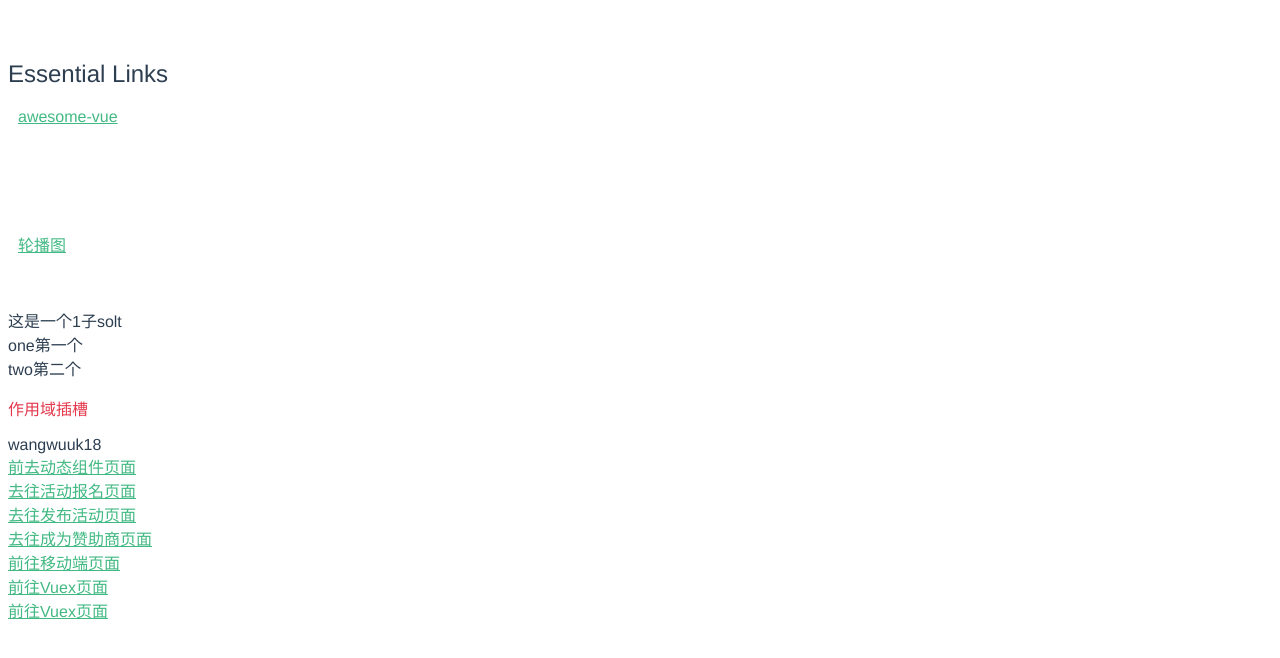
Repository: nihaohahahanihao/vueStudy
Page: /
These files come from the project's save history. The page is drawn as it stood at one moment and after the next save; the edit follows.
The browser window is 1280 px wide. The pictures show the whole page.
The page's requests for data from a server got no answer. The project was rebuilt for these pictures with package versions that can differ from the ones it lists, and the page was loaded fresh each time. No one was signed in, and anything a server would have sent is missing. Also part of the build but not shown: src/components/router1.vue, src/components/swiper.vue, src/components/activeComponents/sonOne.vue, src/components/activeComponents/sonTwo.vue, src/components/activeComponents/sonThree.vue, src/components/activeComponents/app.vue, src/components/act/yidongduan.vue, src/components/Vuex/vuex.vue and 1 more.

Above is the page before, as saved 2018-09-17 20:26:39.

### src/main.js
// The Vue build version to load with the `import` command
// (runtime-only or standalone) has been set in webpack.base.conf with an alias.
import Vue from 'vue'
import App from './App'
import router from './router'
import $ from 'jquery'
import VueAwesomeSwiper from 'vue-awesome-swiper'
Vue.config.productionTip = false

/* eslint-disable no-new */
Vue.use(VueAwesomeSwiper)
new Vue({
  el: '#app',
  router,
  components: { App },
  template: '<App/>'
})

### src/router/index.js
import Vue from 'vue'
import Router from 'vue-router'
import HelloWorld from '@/components/HelloWorld'
import router1 from '@/components/router1'
import swiper from '@/components/swiper'
import actApp from '@/components/activecomponents/app'
// import actSonOne from '@/components/activecomponents/sonOne'
// import actSonTwo from '@/components/activecomponents/sonTwo'
// import actSonThree from '@/components/activecomponents/sonThree'
import yidongduan from '@/components/act/yidongduan'
import sponsor from '@/components/act/sponsor'
import vuex from '@/components/Vuex/vuex'
import zcs from '@/components/act/zcs'

Vue.use(Router)

export default new Router({
  routes: [
    {
      path: '/',
      name: 'HelloWorld',
      component: HelloWorld},
      {
      	path:"/router1",
      	component:router1
      },
      {
      	path:"/vuex",
      	component:vuex
      },
      {
      	path:"/zcs",
      	component:zcs
      },
      {
      	path:"/yidongduan",
      	component:yidongduan
      },
      {
      	path:"/sponsor",
      	component:sponsor
      },
      {
      	path:"/swiper",
      	component:swiper
      },
      {
        path:"/actApp",
        component:actApp,
        // children:[
        //  {path:"/actSonOne",
        //   component:actSonOne,
        // },
        // {path:"/actSonTwo",
        //   component:actSonTwo,
        // },
        // {path:"/actSonThree",
        //   component:actSonThree,
        // }
        // ]
      }
      ]


})

### src/components/HelloWorld.vue
<template>
  <div class="hello">
    <!--<h1>{{ msg }}</h1>-->
    <h2>Essential Links</h2>
    <ul>
      <li>
        <router-link target="_blank" to="router1">
          awesome-vue
        </router-link>
      </li>
      <li>
      	 {{items.message}}
      </li>
      <li><router-link to="swiper" target="_blank">轮播图</router-link></li>
    </ul>
    <!-- <ul v-for="i in items">
    	<li>{{i.message}}</li>
    	<li>{{i.type}}</li>
    	<li>{{i.time}}</li>
    </ul> -->
    <!-- 这里是solt 单个插槽-->
    <solt slot="header">111</solt>
    <!-- 这里是具名插槽 -->
    <div>
      <name-slot>
        <div slot="one">
          <span>one</span>
          <span>第一个</span>
        </div>
        <div slot="two">
          <span>two</span>
          <span>第二个</span>
        </div>
      </name-slot>
    </div>
    <!-- 作用域插槽 -->
    <div>
      <p style="color:#e4394c">作用域插槽</p>
      <scoped-slot :items = "item">
      <template slot-scope="props">
        <span>{{props.cname}}</span>
        <span>{{props.addr}}</span>
        <span>{{props.age}}</span>
      </template>
      </scoped-slot>
    </div>
    <div>
      <router-link to="actApp">前去动态组件页面</router-link>
    </div>
    <div>
      <router-link to="baoming">去往活动报名页面</router-link>
    </div>
     <div>
      <router-link to="fabu">去往发布活动页面</router-link>
    </div>
    <div>
      <router-link to="sponsor">去往成为赞助商页面</router-link>
    </div>
        <div>
      <router-link to="yidongduan">前往移动端页面</router-link>
    </div>
        <div>
      <router-link to="vuex">前往Vuex页面</router-link>
    </div>
    <div>
      <router-link to="vuex">前往Vuex页面</router-link>
    </div>
  </div>
</template>

<script>
import solt from "@/components/solt"
import NameSlot from "@/components/NameSlot"
import scopedSlot from "@/components/scopedSlot"
	export default {
	name: 'HelloWorld',
  components:{
     solt,
     NameSlot,
     scopedSlot
  },
	data() {
		return {
			items:[],
      index:1,
      item:[
        { age:'文字1' , cname:'tom' , addr:'usa' },
        { age:'文字2' , cname:'wangwu' , addr:'uk' },
        { age:'文字3' , cname:'zhangsan' , addr:'un' }
      ]
		}
	},
	 created () {
    fetch('https://www.easy-mock.com/mock/5b33246df3843242266468af/example/mock').then((e) => {
      return e.json();
    }).then((e) => {
      console.log(e)

      this.items = e.items
    }
      )
  }
}
</script>

<!-- Add "scoped" attribute to limit CSS to this component only -->
<style scoped>h1,
h2 {
	font-weight: normal;
}

ul {
	list-style-type: none;
	padding: 0;
}

li {
	display: inline-block;
	margin: 0 10px;
}

a {
	color: #42b983;
}</style>

### src/components/act/sponsor.vue
<template>
	<div>
			<ul class="act-egistration-ul">
                <li>
					<h2 class="act-egistration-list">成为赞助商</h2>
				</li>
				<li>
					<span class="act-egistration-list"><i>*</i>联系人姓名</span> <input type="text"/>
				</li>
                <li>
                   <span class="act-egistration-list">公司</span> <input type="text"/>
                </li>
                <li>
					<span class="act-egistration-list">职位</span> <input type="text"/>
				</li>
				<li>
					<span class="act-egistration-list">微信号</span> <input type="text"/>
				</li>
				<li>
					<span class="act-egistration-list">邮箱</span> <input type="text"/>
				</li>
				<li class="act-outline">
					<span class="act-egistration-list">赞助意向</span><textarea name="" id="" cols="70" rows="7"></textarea>
				</li>
                	<li style="position:relative;">
					<span class="act-egistration-list"><i>*</i>联系人手机号</span> <input type="text"/>
                   <p style="font-size:10px;position:absolute;top:10px;left:20px;top:35px;left:174px;">请填写正确的11位个人手机号码</p>
				</li>
				<li>
					<span class="act-egistration-list">手机验证码</span> <span><input type="text" class="act-verification-code"/></span> <span class="act-egistration-getCoin">获取验证码</span>
				</li>
				<li>
					<div class="act-egistration-btn ">提交报名</div>
				</li>
				<li></li>
			</ul>
	</div>
</template>

<script>
import VDistpicker from 'v-distpicker'
export default {
    components: { VDistpicker }
}
</script>

<style>
ul li{
    list-style: none;
    height: 60px;
    width: 700px;
    margin: 2px 0;
}
.act-egistration-list{
    display: inline-block;
    width: 120px;
    height: 40px;
    text-align: right;
    margin-right: 50px;
}
.act-egistration-getCoin{
    display: inline-block;
    width: 100px;
    height: 43px;
    border: 1px solid rgba(228, 228, 228, 1);
    background-color: rgba(242, 242, 242, 1);
    border-radius: 5px;
    line-height: 40px;
    text-align: center;
}
.act-egistration-ul input{
    width: 500px;
    height: 40px;
    vertical-align:middle;
    border-width: 1px;
    border-color: rgba(228, 228, 228, 1);
    border-radius: 5px;
}
.act-verification-code{
    width: 395px!important;
}
.act-egistration-btn{
    width: 120px;
    height: 40px;
    margin: 0 auto;
    background-color: rgba(255, 153, 0, 1);
    color: #fff;
    border-radius: 5px;
    text-align: center;
    line-height: 40px;
}
.act-outline{
    width: 100%;
    height: 130px;
    border-radius: 5px;
}
</style>

### src/components/solt.vue
<template>
    <div>
    <slot name="header">这是一个1子solt</slot>
    </div>
</template>

<script>
export default {

}
</script>

<style>

</style>

### src/components/NameSlot.vue
<template>
    <div class="testSlot">
        <div class="noneslot">
            <slot></slot>
        </div>
        <div class="test-one">
            <slot name="one">我是具名一</slot>
        </div>
        <div class="test-two">
            <slot name="two"></slot>
        </div>
    </div>
</template>

<script>
export default {

}
</script>

<style>

</style>

### src/components/scopedSlot.vue
<template>
    <div class="hello">
        <slot :cname="items[1].cname"></slot>
        <slot :addr="items[1].addr"></slot>
        <slot age="18"></slot>
    </div>
</template>

<script>
export default {
    data () {
        return {
            num: 100
        }
    },
    props:[
        'items'
    ],
    created(){
        // console.log("items",this.$props.items)
    }
}
</script>

<style>

</style>

Loaded but not shown: index.html (common file); src/App.vue (common file)

After the next save:
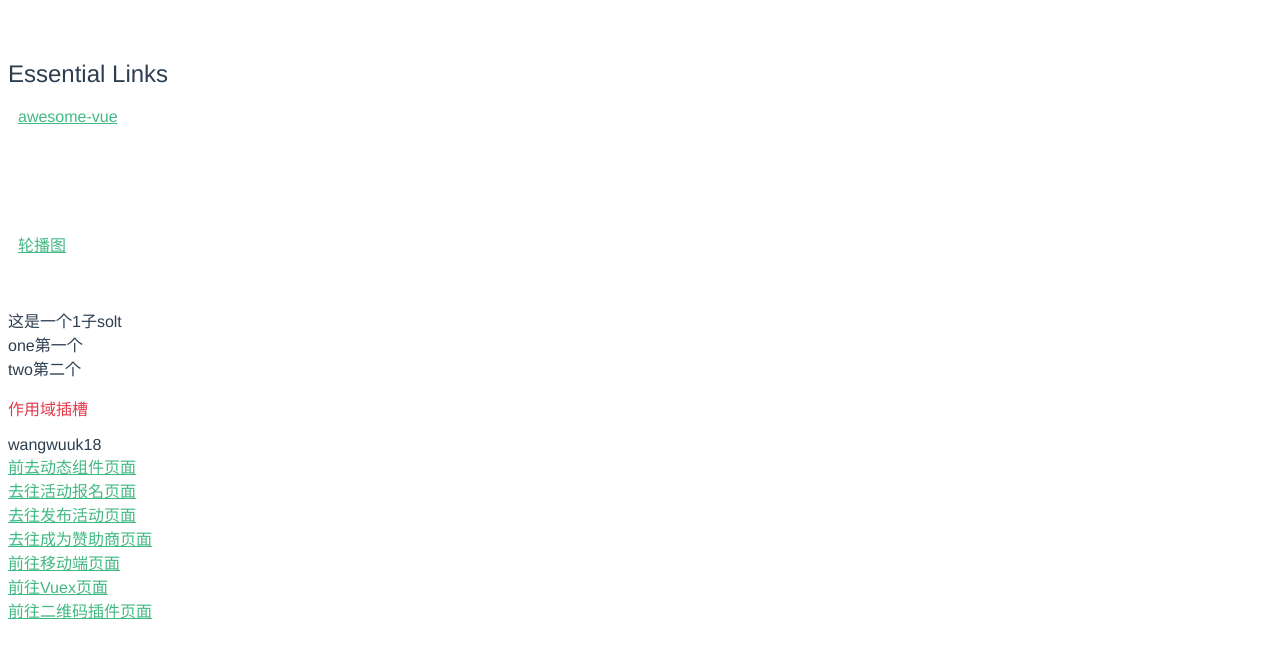
Saved 19 s later.
--- a/src/components/HelloWorld.vue
+++ b/src/components/HelloWorld.vue
@@ -63,7 +63,7 @@
       <router-link to="vuex">前往Vuex页面</router-link>
     </div>
     <div>
-      <router-link to="vuex">前往Vuex页面</router-link>
+      <router-link to="zcs">前往二维码插件页面</router-link>
     </div>
   </div>
 </template>
